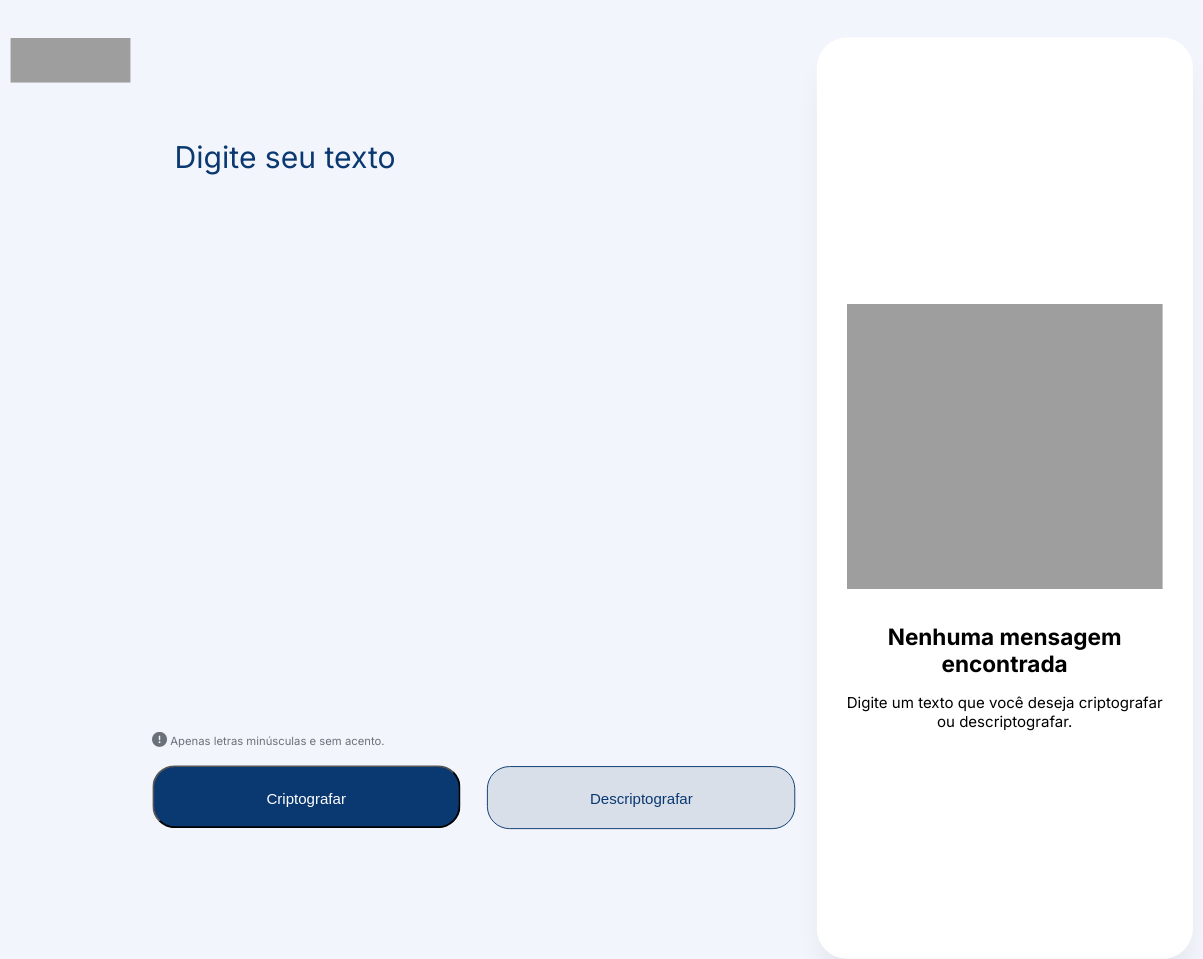
Repository: CarlosEduardoVdeOliveira/descodificador-de-texto
Page: index.html
An editor plug-in stored every save of this project. The page is shown before and after the next save, followed by the edit.
The browser window is 1280 px wide. The pictures show the whole page, at 94% of full size.
Pictures or frames that could not be fetched are drawn as grey boxes.

Above is the page before, as saved 2023-04-12 08:45:31.

### index.html
<!DOCTYPE html>
<html lang="en">
<head>
   <meta charset="UTF-8">
   <link rel="preconnect" href="https://fonts.googleapis.com">
   <link rel="preconnect" href="https://fonts.gstatic.com" crossorigin>
   <meta http-equiv="X-UA-Compatible" content="IE=edge">
   <meta name="viewport" content="width=device-width, initial-scale=1.0">
   <link href="https://fonts.googleapis.com/css2?family=Inter:wght@400;700&display=swap" rel="stylesheet">
   <link rel="stylesheet" href="https://cdnjs.cloudflare.com/ajax/libs/font-awesome/6.4.0/css/all.min.css" integrity="sha512-iecdLmaskl7CVkqkXNQ/ZH/XLlvWZOJyj7Yy7tcenmpD1ypASozpmT/E0iPtmFIB46ZmdtAc9eNBvH0H/ZpiBw==" crossorigin="anonymous" referrerpolicy="no-referrer" />
   <link rel="stylesheet" href="/public/styles/reset.css">
   <link rel="stylesheet" href="/public/styles/index.css">
   <title>Decodificador</title>
</head>
<body>
   <header>
   </header>
   <main>
      <img src="/public/images/imageLogo.png"
         alt="letra a da logo da escola de programação Alura">
      <div class="frist-area">
         <textarea placeholder="Digite seu texto" autofocus></textarea>
         <span>
            <i class="fa-solid fa-circle-exclamation"></i>
            Apenas letras minúsculas e sem acento.
         </span>
         <div>
            <button class="button-cryptography">Criptografar</button>
            <button class="button-decryption">Descriptografar</button>
         </div>
      </div>
      <div class="highlight">
         <img src="/public/images/imageHighLight.svg" alt="">
         <div>
            <h2>Nenhuma mensagem encontrada</h2>
            <p>
               Digite um texto que você deseja criptografar ou descriptografar.
            </p>
         </div>
      </div>
   </main>
</body>
</html>

### public/styles/reset.css
*{
   margin: 0;
   padding: 0;
   box-sizing: border-box;

}
:root{
   --light-gray: #D8DFE8;
   --gray-100: #CED4DA;
   --gray-200: #ADB5BD;
   --gray-300: #868E96;
   --gray-400: #495057;
   --gray-500: #343A40;
   --light-blue-100: #F3F5FC;
   --light-blue-200: #EFF1FA;
   --light-blue-300: #E9ECF8;
   --light-blue-400: #AAB2D5;
   --light-blue-500: #757FB2;
   --dark-blue-100: #609ED4;
   --dark-blue-200: #356EA9;
   --dark-blue-300: #0A3871;
   --dark-blue-400: #072B61;
   --dark-blue-500: #052051;
}
html{
   font-family:  'Inter', sans-serif;
   font-size: 1rem;
}

### public/styles/index.css
/* header{
   width: 100%;
   height: 2.5rem;
} */
body{
   background-color: var(--light-blue-100);
}
img{
   width: 8rem;
   height: 3rem;
   margin-top: 2.5rem;
}
main {
   display: flex;
   justify-content: space-around;
   align-items: self-start;
   margin: 0 auto;
}
.frist-area{
   display: flex;
   flex-direction: column;
   margin-top: 7.5rem;
}
textarea{
   width: 42.5rem;
   height: 39.68rem;
   font-family: 'Inter';
   font-size: 32px;
   line-height: 150%;
   background-color: var(--light-blue-100);
   color: var(--dark-blue-300);
   border: none;
   resize: none;
   margin-bottom: 1.5rem;
   padding: 1.5rem;
}
textarea:focus{
   outline: 0;
}

textarea::placeholder{
   color: var(--dark-blue-300);
}

i{
   color: var(--gray-400);
   font-size: 1rem;
}
span{
   font-size: 12px;
   color: var(--gray-400);
   line-height: 150%;
   opacity: 0.8;
   margin-bottom: 1rem;
}
button{
   padding: 1.5rem;
   gap: .5rem;
   width: 328px;
   height: 67px;
   border-radius: 1.5rem;
   cursor: pointer;
   font-size: 1rem;
   line-height: 19px;
   transition: all .2s;
}
.button-cryptography{
   background-color: var(--dark-blue-300);
   color: #FFFFFF;
   margin-right: 1.5rem;
}
.button-cryptography:hover{
   background-color: var(--dark-blue-400);
}
.button-decryption{
   background: var(--light-gray);
   color: var(--dark-blue-300);
   border: 1px solid var(--dark-blue-300);
}
.button-decryption:hover{
   background-color: var(--light-blue-200);
}
.highlight{
   width: 25rem;
   margin-top: 2.5rem;
   padding: 15.188rem 2rem;
   text-align: center;
   background: #FFFFFF;
   /* shadow */
   box-shadow: 0px 24px 32px -8px rgba(0, 0, 0, 0.08);
   border-radius: 32px;
   /* border: 2px solid black; */
}
.highlight div{
   display: flex;
   flex-direction: column;

   margin-top: 2rem;
   padding: 0px;
   gap: 16px;
}
.highlight img{
   width: 21rem;
   height: 19rem;
}

After the next save:
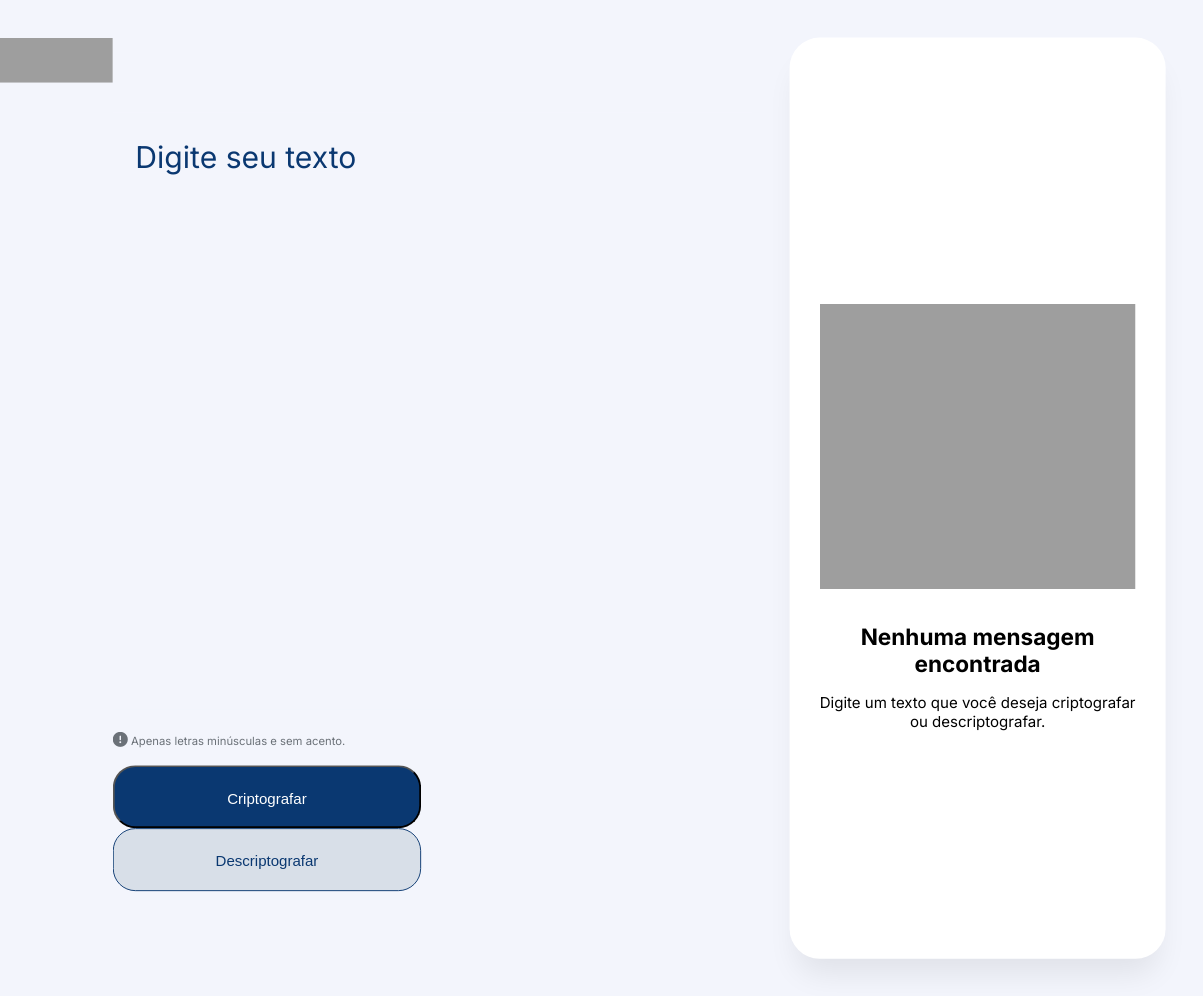
Saved 54 s later.
--- a/public/styles/index.css
+++ b/public/styles/index.css
@@ -82,7 +82,7 @@ button{
 }
 .highlight{
    width: 25rem;
-   margin-top: 2.5rem;
+   margin: 2.5rem;
    padding: 15.188rem 2rem;
    text-align: center;
    background: #FFFFFF;
